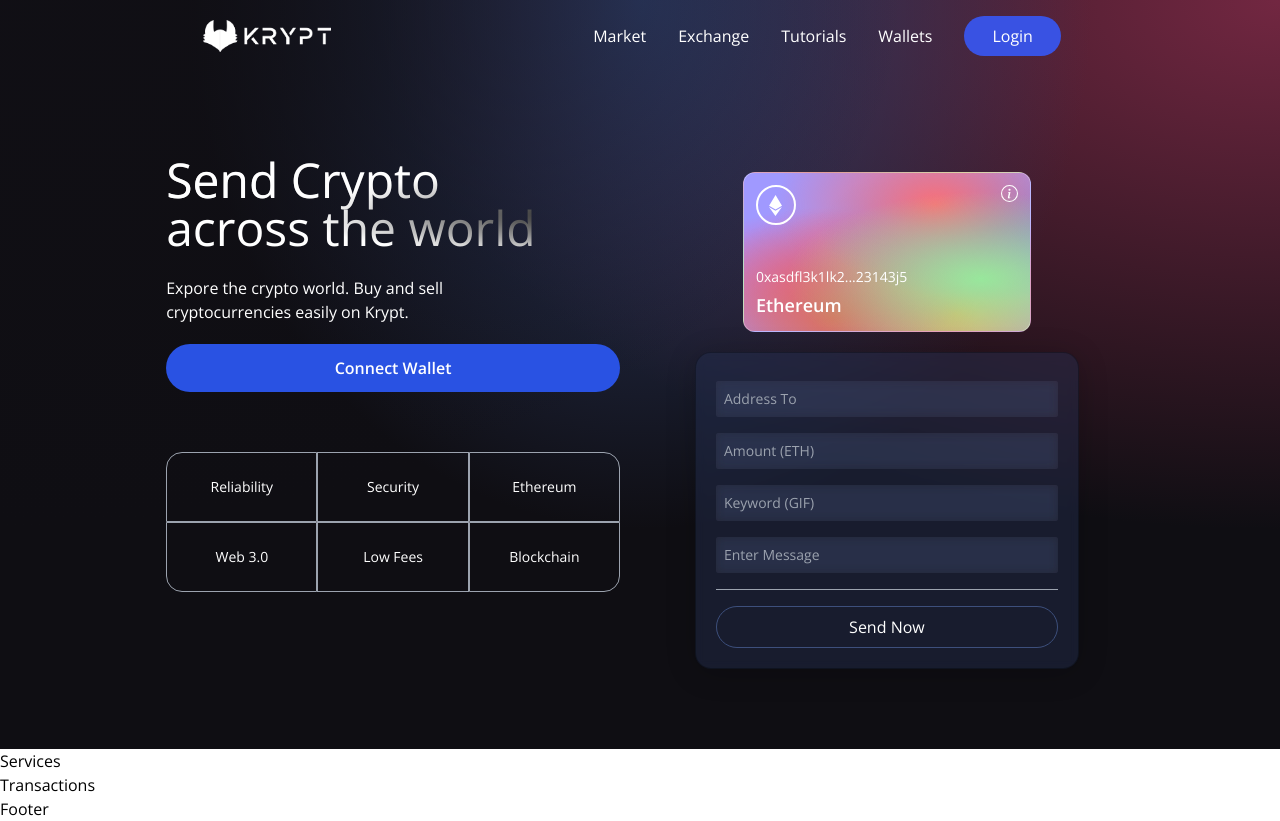
Repository: stephan-chiorean/krypt
Page: / (app in client/)
The author's editor kept a copy of each file at every save. The page is drawn from the files as they stood at one save, then again after the next save.
The browser window is 1280 px wide. The pictures show the whole page.
The project was rebuilt for these pictures with package versions that can differ from the ones it lists, and the page was loaded fresh each time. Also part of the build but not shown: client/vite.config.js.

Above is the page before, as saved 2023-03-28 15:46:51.

After the next save:
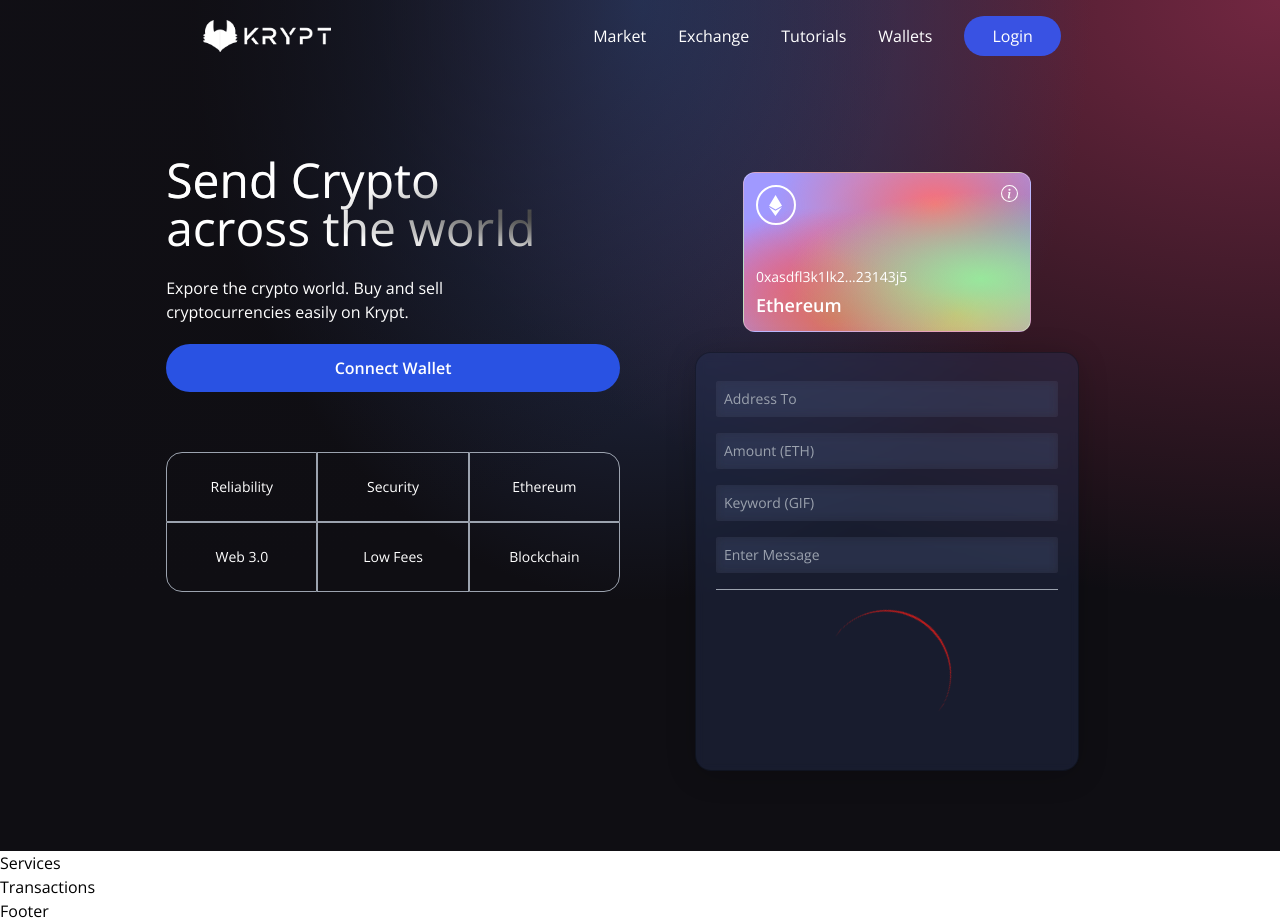
Saved 12 s later.
--- a/client/src/components/Welcome.jsx
+++ b/client/src/components/Welcome.jsx
@@ -95,7 +95,7 @@
               handleChange={() => {}}
             />
             <div className="h-[1px] w-full bg-gray-400 my-2"/>
-            {false ? (
+            {true ? (
                 <Loader />
             ) : (<button type="submit" onClick={handleSubmit} className="text-white w-full mt-2 border-[1px] p-2 border-[#3d4f7c] rounded-full cursor-pointer">Send Now</button>)}
           </div>

After the save that followed:
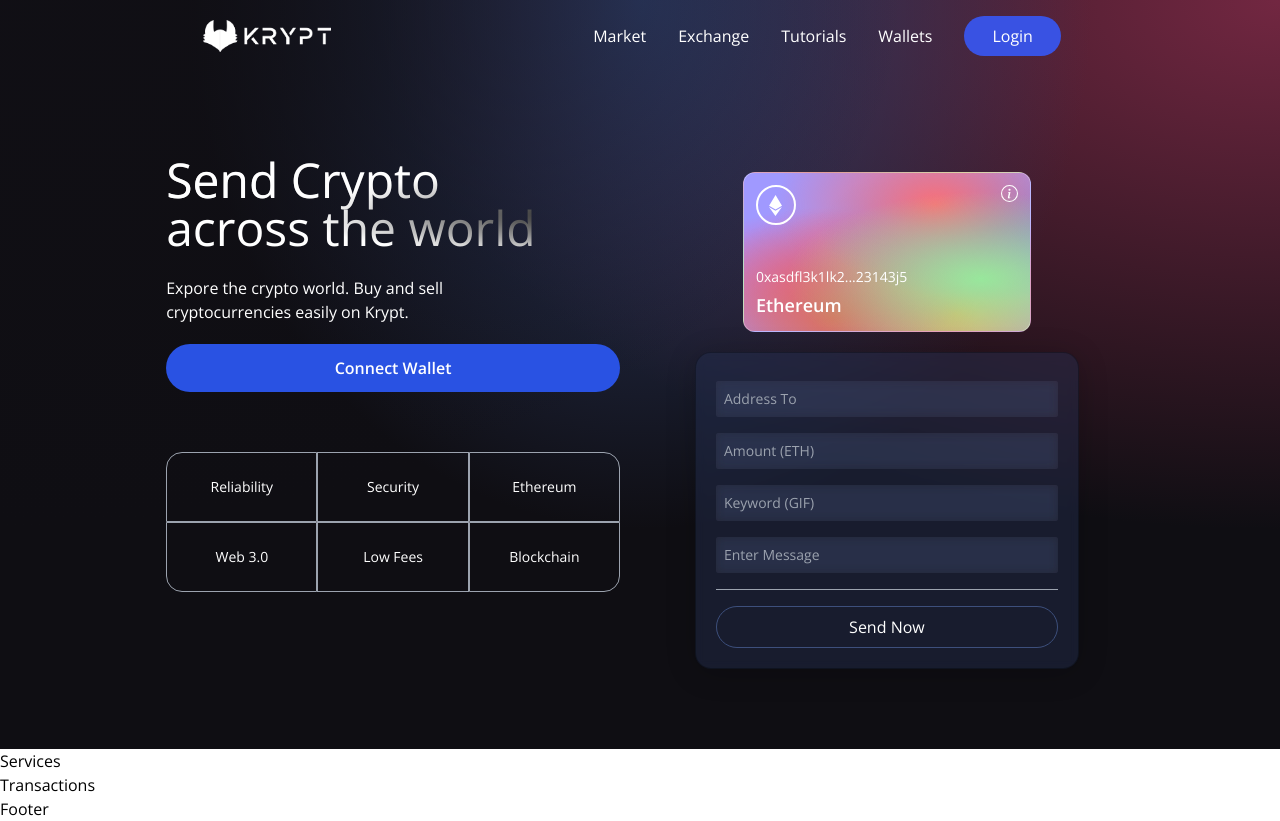
Saved 41 s later.
--- a/client/src/components/Welcome.jsx
+++ b/client/src/components/Welcome.jsx
@@ -95,7 +95,7 @@
               handleChange={() => {}}
             />
             <div className="h-[1px] w-full bg-gray-400 my-2"/>
-            {true ? (
+            {false ? (
                 <Loader />
             ) : (<button type="submit" onClick={handleSubmit} className="text-white w-full mt-2 border-[1px] p-2 border-[#3d4f7c] rounded-full cursor-pointer">Send Now</button>)}
           </div>
